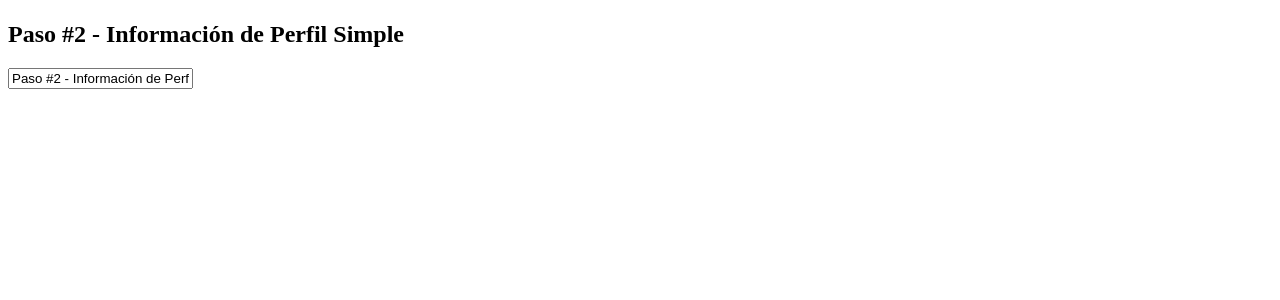
Repository: SofiaSferco/PWA
Page: practico01/index.html
These files come from the project's save history. The page is drawn as it stood at one moment and after the next save; the edit follows.
The browser window is 1280 px wide. The pictures show the whole page.

Above is the page before, as saved 2025-10-02 21:51:30.

After the next save:
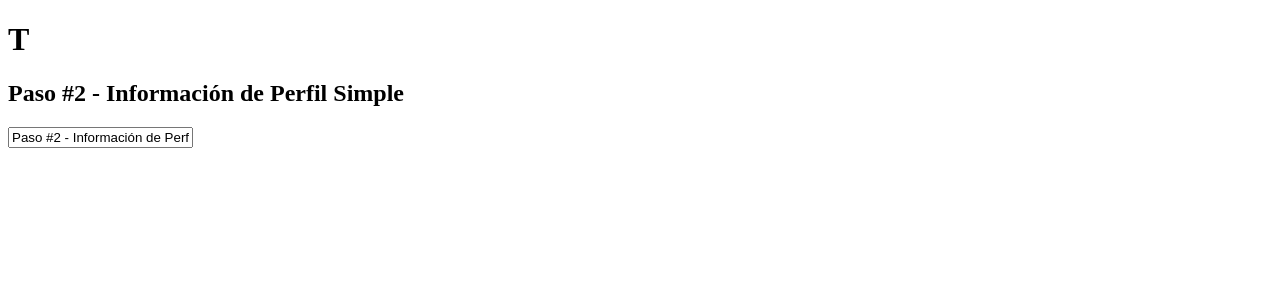
Saved 3 s later.
--- a/practico01/index.html
+++ b/practico01/index.html
@@ -7,7 +7,7 @@
 </head>
 <body>
     <div id="app">
-        <h1></h1>
+        <h1>T</h1>
         <h2>{{ title }}</h2>
         <input v-model="title" placeholder="Edit me">
     </div>
